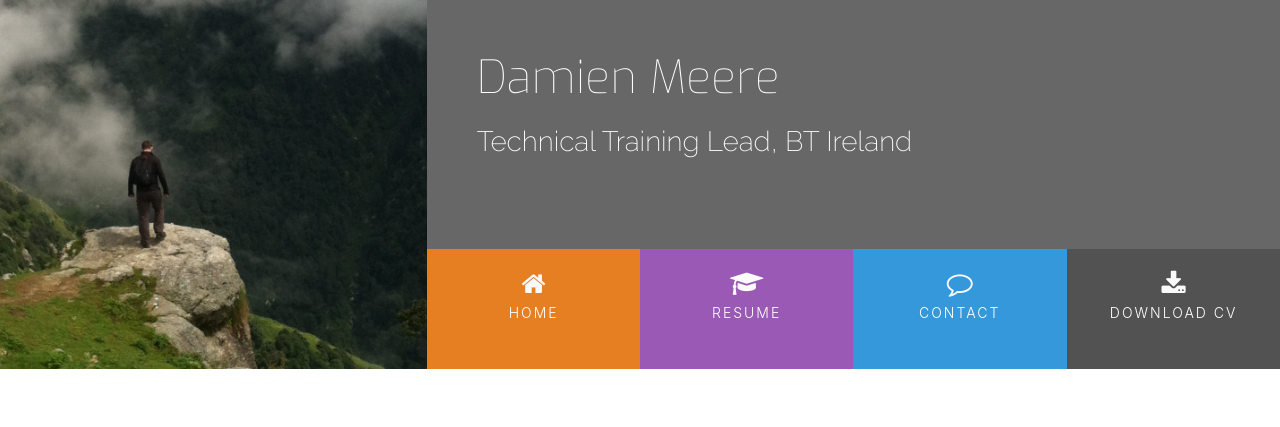
Repository: damien-meere/cv_site_project
Page: index.html
The author's editor kept a record of every edit. The page is drawn from the files as they stood at one moment, then again after the next edit.
The browser window is 1280 px wide. The pictures show the whole page.

Above is the page before.

After the next edit:
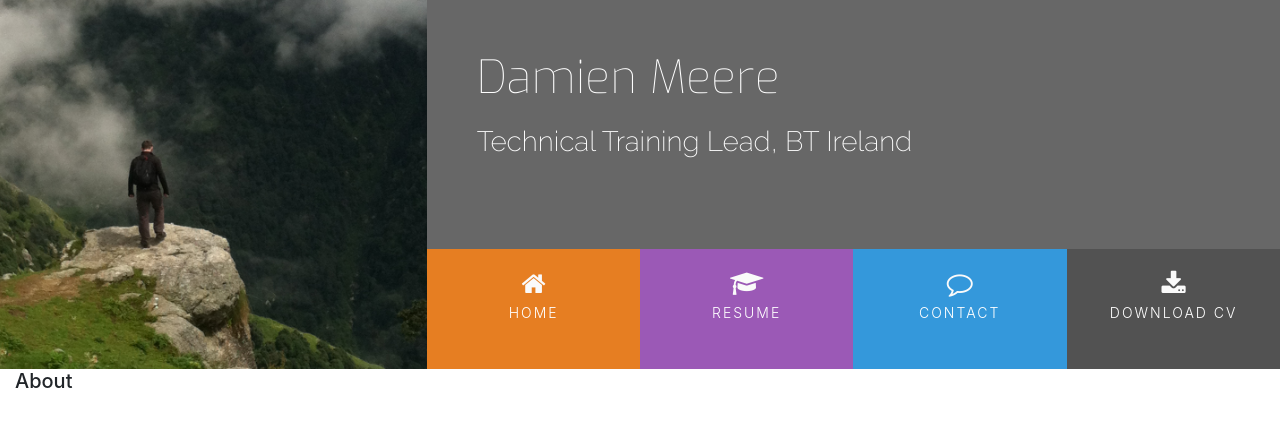
The edit:
--- a/index.html
+++ b/index.html
@@ -53,7 +53,7 @@
     <footer class="container-fluid">
         <div class="row">
             <div class="col-sm-4">
-
+                <h5>About</h5>
             </div>
             <div class="col-sm-4">
 
